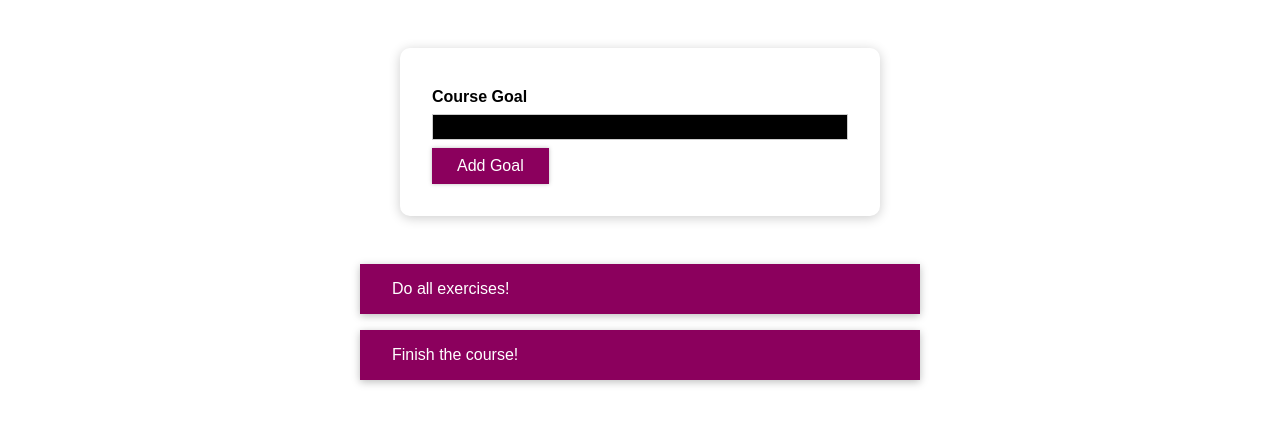
Repository: sohan2503001/Task-adder
Page: /
These files come from the project's save history. The page is drawn as it stood at one moment and after the next save; the edit follows.
The browser window is 1280 px wide. The pictures show the whole page.
The project was rebuilt for these pictures with package versions that can differ from the ones it lists, and the page was loaded fresh each time.

Above is the page before, as saved 2021-04-22 21:44:34.

After the next save:
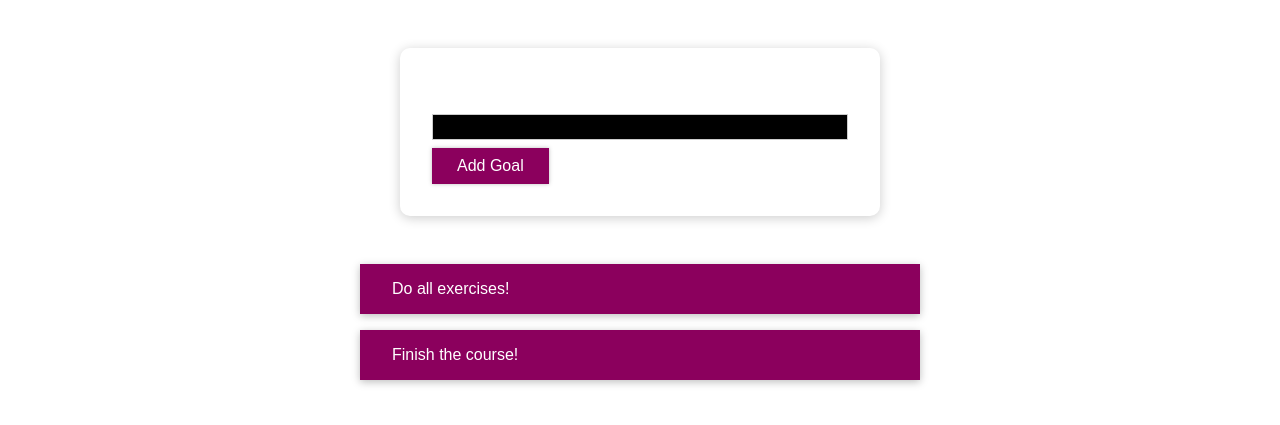
Saved 19 s later.
--- a/src/components/CourseGoals/CourseInput/CourseInput.js
+++ b/src/components/CourseGoals/CourseInput/CourseInput.js
@@ -23,7 +23,7 @@
   return (
     <form onSubmit={formSubmitHandler}>
       <div className="form-control">
-        <label style={{color: !isValid ? 'red' : 'black'}}>Course Goal</label>
+        <label style={{color: !isValid ? 'red' : 'white'}}>Course Goal</label>
         <input style={{backgroundColor: !isValid ? 'red' : 'black'}} type="text" onChange={goalInputChangeHandler} />
       </div>
       <Button type="submit">Add Goal</Button>

After the 3 saves that followed:
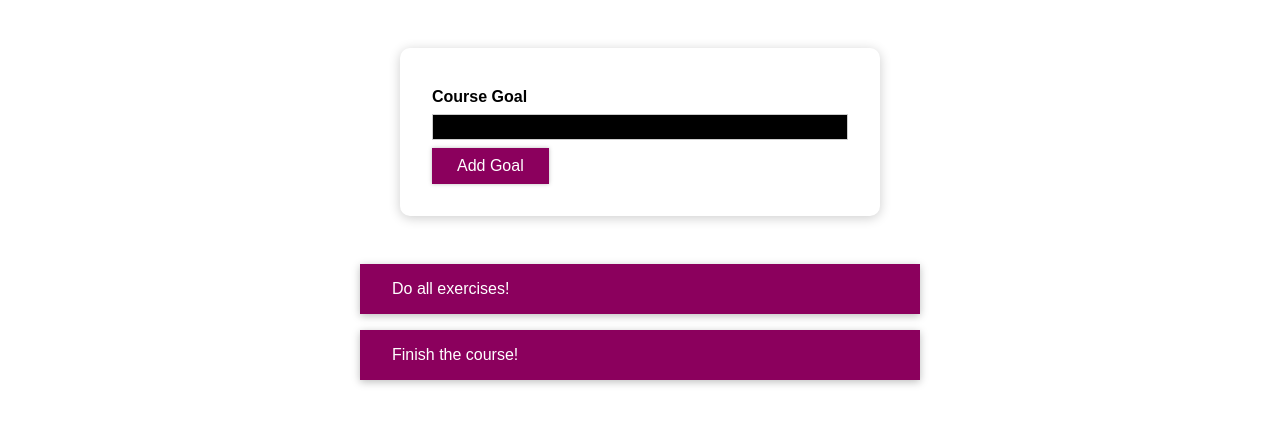
The 3 saves are shown as one change because 1 left the picture as it was and some came seconds apart.
The last was saved 19 s later.
--- a/src/components/CourseGoals/CourseInput/CourseInput.js
+++ b/src/components/CourseGoals/CourseInput/CourseInput.js
@@ -23,7 +23,7 @@
   return (
     <form onSubmit={formSubmitHandler}>
       <div className="form-control">
-        <label style={{color: !isValid ? 'red' : 'white'}}>Course Goal</label>
+        <label style={{color: !isValid ? 'red' : 'black'}}>Course Goal</label>
         <input style={{backgroundColor: !isValid ? 'red' : 'black'}} type="text" onChange={goalInputChangeHandler} />
       </div>
       <Button type="submit">Add Goal</Button>
